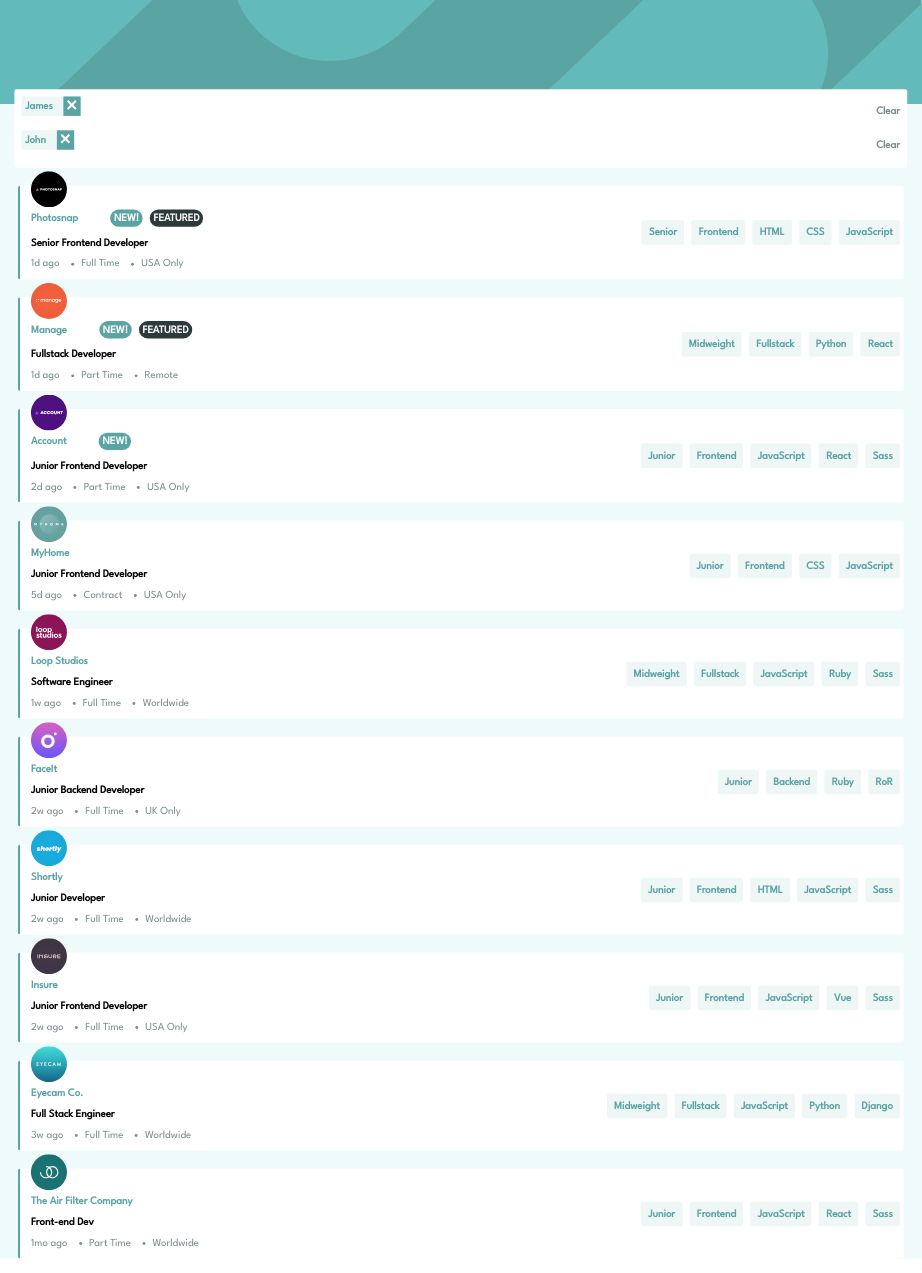
Repository: DevLaukey/job-listing
Page: /
The author's editor kept a copy of each file at every save. The page is drawn from the files as they stood at one save, then again after the next save.
The browser window is 1280 px wide. The pictures show the whole page, at 72% of full size.
Some web fonts or font styles are not loaded; a fallback is used. The project was rebuilt for these pictures with package versions that can differ from the ones it lists, and the page was loaded fresh each time.

Above is the page before, as saved 2022-06-03 12:38:44.

### src/App.js
import "./App.css";
import Filter from "./components/Filter";
import Header from "./components/Header";
import Tablet from "./components/Tablet";
import data from "./data.json";

function App() {
  const tablets = data.map((data) =>
  (<Tablet
    key={data.id}
    company={data.company}
    neew={data.new}
    featured={data.featured}
    position={data.position}
    role={data.role}
    level={data.level}
    postedAt={data.postedAt}
    contract={data.contract}
    location={data.location}
    languages={data.languages}
    tools={data.tools}
    logo={data.logo} />));


  return (
    <div className="App">
      <Header />
      <Filter />
      <div className="content">{tablets}</div>
    </div>
  );
}

export default App;

### src/App.css
@import url('https://fonts.googleapis.com/css2?family=Grape+Nuts&family=League+Spartan&display=swap');
*{
  margin: 0;
  padding: 0;
  box-sizing: border-box;
}
.App{
  background-color: hsl(180, 52%, 96%);
  font-size: 15px;
}

### src/components/Filter.js
import React, { useState } from "react";
function Filter() {
  const [people, setPeople] = useState([
    {
      name: "James",
      age: 31,
    },
    {
      name: "John",
      age: 45,
    },
    {
      name: "Paul",
      age: 65,
    },
    {
      name: "Ringo",
      age: 49,
    },
    {
      name: "George",
      age: 34,
    },
  ]);
  // setTheArray([...theArray, newElement]);

  const filtered = people
    .filter((name) => name.name.includes("J"))
    .map((filteredPerson) => (
      <div className="tablet filter">
        <div className="option">
          <p className="front-end">{filteredPerson.name}</p>
          <div
            className="icon"
            onClick={() => {
              filtered.shift(filteredPerson);
              console.log(people);
            }}
          >
            <svg xmlns="http://www.w3.org/2000/svg" width="14" height="14">
              <path
                fill="#FFF"
                fill-rule="evenodd"
                d="M11.314 0l2.121 2.121-4.596 4.596 4.596 4.597-2.121 2.121-4.597-4.596-4.596 4.596L0 11.314l4.596-4.597L0 2.121 2.121 0l4.596 4.596L11.314 0z"
              />
            </svg>
          </div>
        </div>

        <div className="clear">
          <p onClick={() => setPeople([])}>Clear</p>
        </div>
      </div>
    ));
  return <>{filtered}</>;
}

export default Filter;

### src/components/Header.js
import React from 'react'
import "./styles.css"

function Header() {
  return (
    <header className='header'></header>
  )
}

export default Header

### src/components/Tablet.js
import React, { useState } from "react";
import "./styles.css";

function Tablet({
  key,
  company,
  logo,
  neew,
  featured,
  position,
  role,
  level,
  postedAt,
  contract,
  location,
  languages,
  tools,
}) {
  return (
    <div className="tablet boarder">
      <div className="tablet_content">
        <img className="image" src={logo} alt="" />

        <div className="heading">
          <div className="company">
            <p>{company}</p>
          </div>
          <div>{neew && <p className="new">NEW!</p>}</div>
          <div>{featured && <p className="featured">FEATURED</p>}</div>
        </div>
        <div className="title">
          <p>{position}</p>
        </div>
        <div className="details">
          <p>{postedAt}</p>
          <ul className="list">
            <li>{contract}</li>
            <li className="country">{location}</li>
          </ul>
        </div>
        <hr className="line" />
      </div>
      <div className="tags">
        <p className="category">{level}</p>
        <p className="category">{role}</p>
        {languages.map((language) => (
          <p key={language} className="category" id="category">
            {language}
          </p>
        ))}
        {tools.map((tool) => (
          <p className="category">{tool}</p>
        ))}
      </div>
    </div>
  );
}

export default Tablet;

### src/components/styles.css
.header {
  background-image: url(../assets/bg-header-mobile.svg);
  padding: 10vh;
  background-color: hsl(180, 29%, 50%);
}
.tablet {
  background-color: white;
  margin: 25px 25px 20px 25px;
  font-family: "League Spartan", sans-serif;
  border-radius: 3px;
  font-weight: 700;
}
.boarder {
  border-left: 3px solid hsl(180, 29%, 50%);
}
.tablet_content {
  margin-left: 15px;
  margin-right: 25px;
  align-items: center;
}
.image {
  height: 50px;
  margin-top: -20px;
}
.heading {
  display: flex;
}
.company {
  color: hsl(180, 29%, 50%);
  margin-right: 3em;
  margin-top: 5px;
}
.new {
  background-color: hsl(180, 29%, 50%);
  padding: 5px;
  color: white;
  border-radius: 25px;
  margin-right: 10px;
}
.featured {
  background-color: hsl(180, 14%, 20%);
  padding: 5px;
  color: white;
  border-radius: 25px;
}
.title {
  margin-top: 15px;
}
.details {
  display: flex;
  color: hsl(180, 8%, 52%);
  font-weight: 400;
  margin-top: 15px;
  margin-bottom: 15px;
}
.list {
  display: flex;
  margin-left: 2em;
}
.country {
  margin-left: 2em;
}
.line {
  margin-bottom: 15px;
  color: gray;
}
.tags {
  color: hsl(180, 29%, 50%);
  display: flex;
  flex-wrap: wrap;
}
.category {
  background-color: hsl(180, 31%, 95%);
  padding: 10px;
  border-radius: 3px;
  margin: 5px;
}

.filter {
  display: flex;
  padding: 10px;
  border-radius: 3px;
  margin: -20px 20px 5px 20px;
  flex-wrap: wrap;
  justify-content: space-between;
}
.option {
    background-color: hsl(180, 31%, 95%);
  color: hsl(180, 29%, 50%);
  display: flex;
  align-items: center;
  width : fit-content;
  margin-bottom: 15px;
}
.front-end{
 padding: 5px;
}
.icon {
  margin-left: 10px;
 flex-grow: 1;
 height:100%;
 padding: 5px;
  background-color: hsl(180, 29%, 50%);
}
.clear{
      color: hsl(180, 8%, 52%);

}
/* media query */

@media screen and (min-width: 768px) {
  .header {
    background-image: url(../assets/bg-header-desktop.svg);
  }
  .line {
    display: none;
  }
  .tablet {
    display: flex;
    align-items: center;
    justify-content: space-between;
  }
}

Loaded but not shown: public/index.html (common file); src/index.js (common file); src/index.css (common file); src/reportWebVitals.js (common file); src/data.json (common file)

After the next save:
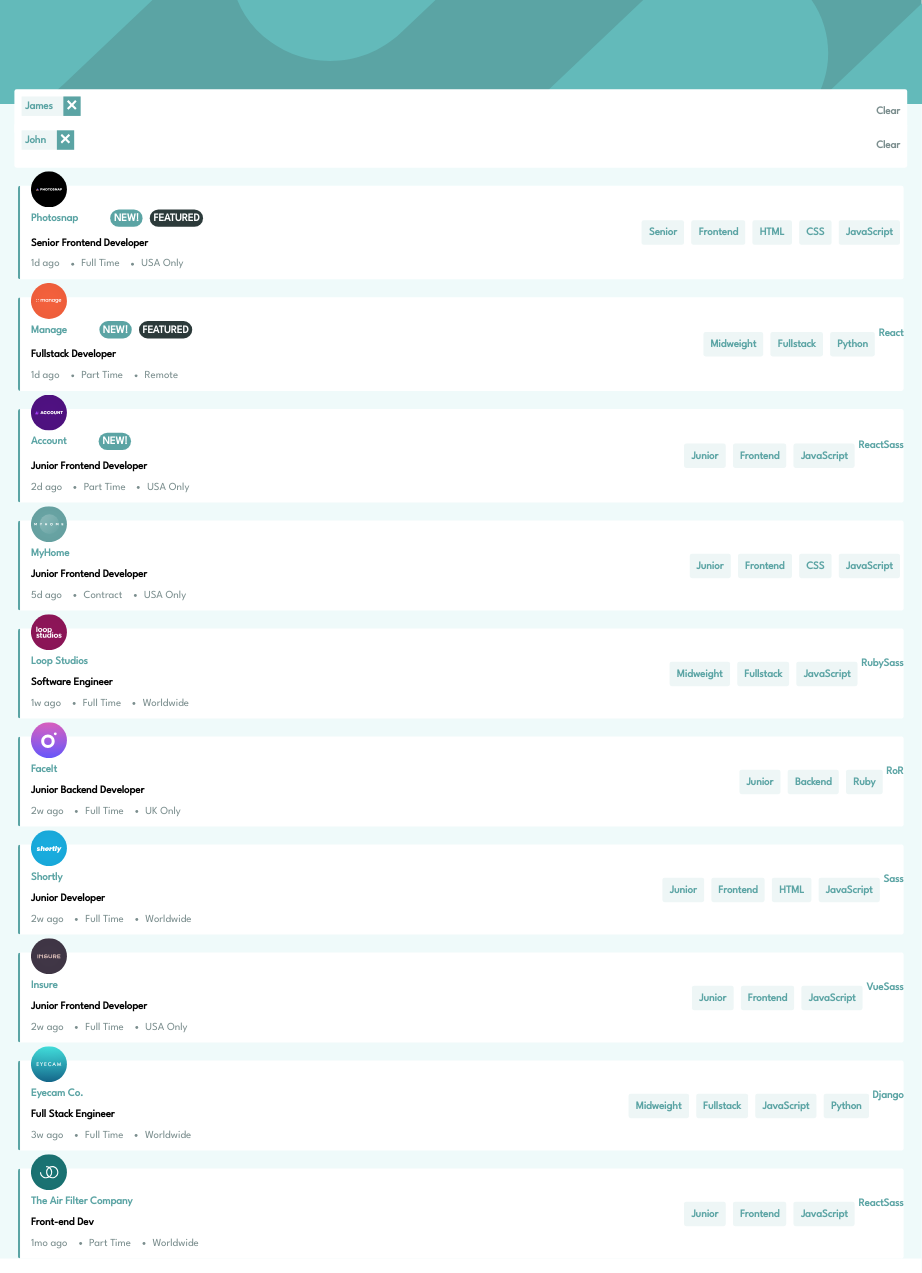
Saved 13 s later.
--- a/src/components/Tablet.js
+++ b/src/components/Tablet.js
@@ -49,7 +49,7 @@ function Tablet({
           </p>
         ))}
         {tools.map((tool) => (
-          <p className="category">{tool}</p>
+          <p key={tool} className="tool" id="category">{tool}</p>
         ))}
       </div>
     </div>
